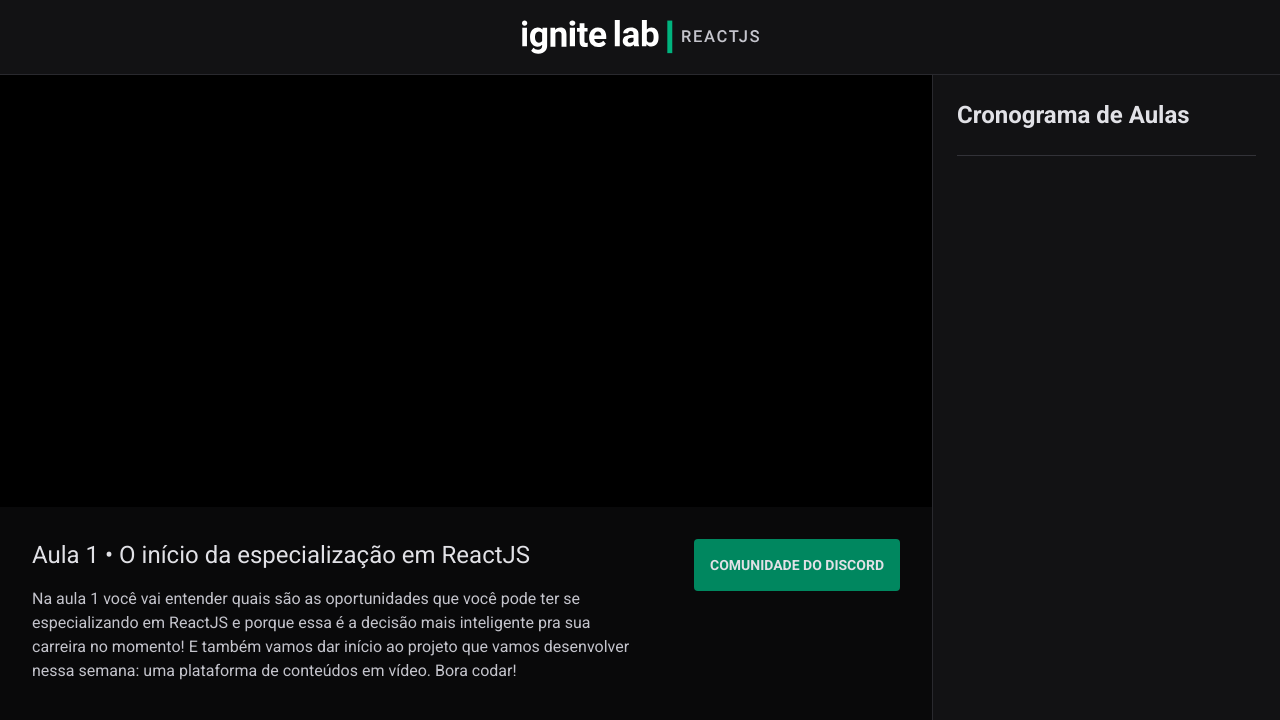
Repository: guilhermecardoso93/ignitelab
Page: /event
These files come from the project's save history. The page is drawn as it stood at one moment and after the next save; the edit follows.
The browser window is 1280 px wide. The pictures show the whole page.
The page's requests for data from a server got no answer. The project was rebuilt for these pictures with package versions that can differ from the ones it lists, and the page was loaded fresh each time. No one was signed in, and anything a server would have sent is missing. Also part of the build but not shown: vite.config.ts, src/components/Lesson/index.tsx.

Above is the page before, as saved 2022-06-23 20:21:39.

### index.html
<!DOCTYPE html>
<html lang="en">
  <head>
    <meta charset="UTF-8" />
    <link rel="icon" type="image/svg+xml" href="/src/favicon.svg" />
    <link rel="preconnect" href="https://fonts.googleapis.com" />
    <link rel="preconnect" href="https://fonts.gstatic.com" crossorigin />
    <link
      href="https://fonts.googleapis.com/css2?family=Roboto:wght@400;500;700&display=swap"
      rel="stylesheet"
    />
    <meta name="viewport" content="width=device-width, initial-scale=1.0" />
    <title>Ignite Lab</title>
  </head>
  <body>
    <div id="root"></div>
    <script type="module" src="/src/main.tsx"></script>
  </body>
</html>

### src/main.tsx
import { ApolloProvider } from "@apollo/client";
import React from "react";
import ReactDOM from "react-dom/client";
import { App } from "./App";
import { client } from "./lib/apollo";

import "./styles/global.css";

ReactDOM.createRoot(document.getElementById("root")!).render(
  <React.StrictMode>
    <ApolloProvider client={client}>
      <App />
    </ApolloProvider>
  </React.StrictMode>
);

### src/App.tsx
import { Event } from "./pages/Event";

export function App() {
  return (
    <div>
      <Event />
    </div>
  );
}

### src/lib/apollo.ts
import { ApolloClient, InMemoryCache } from "@apollo/client";

export const client = new ApolloClient({
  uri: "https://api-sa-east-1.graphcms.com/v2/cl4orc0220r0201xnfce43eoi/master",
  cache: new InMemoryCache()
});

### src/pages/Event.tsx
import { Header } from "../components/Header";
import { Sidebar } from "../components/Sidebar";
import { Video } from "../components/Video";

export function Event() {
  return (
    <div className="flex flex-col min-h-screen">
      <Header />
      <main className="flex flex-1">
        <Video />
        <Sidebar />
      </main>
    </div>
  );
}

### src/components/Header/index.tsx
import { Logo } from "../Logo";

export function Header() {
  return (
    <header className='w-full py-5 flex items-center justify-center bg-gray-700 border-b border-gray-600'>
      <Logo/>
    </header>
  );
}

### src/components/Sidebar/index.tsx
import { gql, useQuery } from "@apollo/client";
import { Lesson } from "../Lesson";

const GET_LESSONS_QUERY = gql`
  query {
    lessons(orderBy: availableAt_ASC, stage: PUBLISHED) {
      id
      lessonType
      availableAt
      title
      slug
    }
  }
`;

interface GetLessonsQueryResponse {
  lessons: {
    id: string;
    title: string;
    slug: string;
    availableAt: string;
    lessonType: "live" | "class";
  }[];
}

export function Sidebar() {
  const { data } = useQuery<GetLessonsQueryResponse>(GET_LESSONS_QUERY);

  return (
    <aside className="w-[348px] bg-gray-700 p-6 border-l border-gray-600">
      <span className="font-bold text-2xl pb-6 mb-6 border-b border-gray-500 block">
        Cronograma de Aulas
      </span>

      <div className="flex flex-col gap-8">
        { data?.lessons.map( lesson => {
          return (
            <Lesson
            key={lesson.id}
            title={lesson.title}
            slug={lesson.slug}
            availableAt={new Date(lesson.availableAt)}
            type={lesson.lessonType}
          />
          )
        })}
      </div>
    </aside>
  );
}

### src/components/Video/index.tsx
export function Video() {
  return (
    <div className='flex-1 '>
      <div className="bg-black flex justify-center">
        <div className="h-full w-full max-w-[1100px] max-h-[60vh] aspect-video"></div>
      </div>
      <div className="p-8 max-w-[1100px] mx-auto">
        <div className="flex items-start gap-16">
          <div className="flex-1">
              <h1 className="text-2xl fot-bold">
                Aula 1 • O início da especialização em ReactJS
              </h1>
              <p className="mt-4 text-gray-200">
              Na aula 1 você vai entender quais são as oportunidades que você pode ter se especializando em ReactJS e porque essa é a decisão mais inteligente pra sua carreira no momento! E também vamos dar início ao projeto que vamos desenvolver nessa semana: uma plataforma de conteúdos em vídeo. Bora codar!
              </p>
          </div>
          <div className="flex flex-col gap-4">
            <a href="http://" className="p-4 text-sm bg-green-500 flex items-center rounded font-bold uppercase gap-2 justify-center">
              comunidade do discord
            </a>
          </div>
        </div>
        <div>

        </div>
      </div>
    </div>

  );
}

### src/components/Logo/index.tsx
export function Logo() {
  return (
    <svg
      xmlns="http://www.w3.org/2000/svg"
      width="237"
      height="34"
      fill="none"
      viewBox="0 0 237 34"
    >
      <path
        fill="#fff"
        d="M.002 3.112a2.49 2.49 0 01.165-.987c.12-.314.304-.595.535-.83A2.906 2.906 0 012.615.572c.698 0 1.374.257 1.912.723.23.24.412.524.536.837a2.701 2.701 0 010 1.979 2.568 2.568 0 01-.536.837 2.889 2.889 0 01-1.907.723 2.901 2.901 0 01-1.908-.723 2.458 2.458 0 01-.538-.84 2.645 2.645 0 01-.172-.996zm4.96 23.146H.273V7.862h4.689v18.397zM8.012 16.973c0-2.853.686-5.145 2.055-6.883a6.653 6.653 0 015.528-2.606 5.869 5.869 0 014.802 2.09l.2-1.751h4.538v17.95a7.891 7.891 0 01-1.12 4.246 7.243 7.243 0 01-3.147 2.752 11.155 11.155 0 01-4.742.94c-1.378 0-2.74-.279-4.008-.812a7.08 7.08 0 01-2.946-2.11l2.208-3.02a5.905 5.905 0 004.543 2.08 4.356 4.356 0 003.104-1.059 3.938 3.938 0 001.103-2.993v-.994a5.775 5.775 0 01-4.555 1.935 6.647 6.647 0 01-3.05-.652 6.615 6.615 0 01-2.408-1.967c-1.397-1.752-2.085-4.089-2.085-6.942v-.21h-.025l.005.006zm4.997.355a6.723 6.723 0 001.026 3.956 3.233 3.233 0 002.799 1.443c.651.045 1.3-.088 1.878-.39a3.52 3.52 0 001.396-1.305v-7.825a3.448 3.448 0 00-1.374-1.305 3.504 3.504 0 00-1.86-.39 3.28 3.28 0 00-1.61.365 3.22 3.22 0 00-1.219 1.103c-.688.975-1.036 2.418-1.036 4.348zM33.098 7.833l.158 2.196a6.527 6.527 0 012.371-1.927 6.38 6.38 0 012.971-.62c1.97 0 3.438.597 4.39 1.79.953 1.194 1.456 2.936 1.486 5.293v12.249h-4.962V14.683a3.367 3.367 0 00-.684-2.344 3.086 3.086 0 00-1.069-.598 3.008 3.008 0 00-1.211-.13 3.349 3.349 0 00-1.821.454c-.553.32-1.01.794-1.313 1.367v13.37H28.45V7.845l4.647-.012zM47.512 3.112a2.304 2.304 0 01.185-.988 2.42 2.42 0 01.59-.831A3.439 3.439 0 0150.404.57c.772 0 1.52.256 2.117.723.508.486.792 1.142.792 1.826 0 .683-.284 1.34-.792 1.826a3.417 3.417 0 01-2.11.723c-.77 0-1.517-.257-2.11-.723a2.47 2.47 0 01-.594-.839 2.342 2.342 0 01-.19-.994h-.005zm5.483 23.149h-5.18V7.86h5.18v18.4zM62.454 3.334v4.612h3.107v3.677h-3.107v9.382c-.05.53.091 1.063.395 1.495a1.824 1.824 0 001.473.45c.476.002.95-.035 1.421-.114v3.803a9.672 9.672 0 01-2.939.449c-3.398 0-5.128-1.775-5.19-5.32V11.644h-2.642V7.968h2.643V3.356h4.841v-.025l-.002.003zM76.487 27.08a9.277 9.277 0 01-6.759-2.55c-1.74-1.699-2.605-3.957-2.605-6.797v-.494a11.295 11.295 0 011.098-5.08 8.141 8.141 0 013.111-3.465 8.72 8.72 0 014.59-1.22c2.577 0 4.62.815 6.098 2.449 1.478 1.633 2.226 3.94 2.226 6.929v2.055h-12.01a4.665 4.665 0 001.473 2.971 4.487 4.487 0 003.111 1.111 5.426 5.426 0 004.548-2.115l2.476 2.781a7.506 7.506 0 01-3.07 2.507 9.81 9.81 0 01-4.287.916v.002zm-.594-15.514a3.127 3.127 0 00-2.428 1.012 5.405 5.405 0 00-1.188 2.912h7.006v-.405a3.749 3.749 0 00-.908-2.608 3.252 3.252 0 00-2.45-.908h-.03l-.002-.003zM97.771 26.259h-4.957V0h4.957V26.26zM112.209 26.259c-.227-.444-.392-.997-.496-1.659-1.196 1.333-2.751 2.002-4.666 2.002-1.811 0-3.314-.523-4.504-1.572-1.191-1.049-1.786-2.372-1.786-3.966 0-1.96.725-3.464 2.179-4.513 1.453-1.049 3.553-1.58 6.3-1.59h2.273v-1.06c0-.854-.22-1.54-.659-2.051-.44-.513-1.131-.77-2.078-.77-.832 0-1.486.2-1.957.6-.474.4-.708.945-.708 1.64h-4.941c0-1.07.331-2.062.992-2.973.662-.91 1.597-1.626 2.804-2.144 1.206-.518 2.564-.778 4.069-.778 2.28 0 4.089.573 5.429 1.718 1.34 1.145 2.009 2.756 2.009 4.83v8.017c.012 1.754.256 3.082.735 3.983v.29h-4.992l-.003-.004zm-4.086-3.435c.728 0 1.402-.163 2.016-.486.614-.326 1.071-.76 1.367-1.308v-3.181h-1.846c-2.472 0-3.79.854-3.948 2.564l-.017.291c0 .614.217 1.123.649 1.523.434.4 1.026.6 1.779.6v-.003zM136.58 17.183c0 2.963-.632 5.273-1.898 6.931-1.265 1.659-3.032 2.488-5.3 2.488-2.006 0-3.608-.77-4.805-2.308l-.222 1.967h-4.444V.001h4.94v9.418c1.14-1.332 2.638-2 4.496-2 2.256 0 4.025.828 5.308 2.487 1.283 1.658 1.923 3.992 1.923 7v.274l.002.003zm-4.94-.358c0-1.868-.296-3.233-.889-4.094-.592-.861-1.475-1.29-2.65-1.29-1.572 0-2.655.643-3.247 1.932v7.299c.604 1.298 1.697 1.95 3.282 1.95 1.584 0 2.643-.788 3.146-2.36.239-.752.358-1.897.358-3.437z"
      ></path>
      <path
        fill="#C4C4CC"
        d="M164.51 17.501h-2.283v4.53h-2.048v-11.78h4.143c1.36 0 2.408.306 3.149.915.74.61 1.108 1.493 1.108 2.648 0 .787-.19 1.449-.57 1.98-.38.532-.911.94-1.59 1.226l2.646 4.906v.106h-2.194l-2.364-4.531h.003zm-2.283-1.65h2.105c.691 0 1.229-.176 1.619-.524.39-.348.582-.824.582-1.429 0-.604-.18-1.12-.538-1.466-.358-.345-.893-.523-1.606-.533h-2.162V15.85zM179.066 16.773h-4.839v3.625h5.656v1.634h-7.704V10.25h7.648v1.65h-5.6v3.253h4.839v1.62zM189.803 19.29h-4.565l-.955 2.744h-2.127l4.452-11.783h1.836l4.459 11.783h-2.137l-.963-2.744zm-3.99-1.65h3.415l-1.707-4.89-1.708 4.89zM204.716 18.197c-.119 1.256-.583 2.238-1.392 2.941-.81.703-1.885 1.056-3.228 1.056-.938 0-1.764-.222-2.48-.668-.715-.445-1.266-1.079-1.656-1.898-.387-.82-.589-1.772-.607-2.858v-1.1c0-1.11.198-2.09.59-2.937.392-.846.96-1.5 1.695-1.96.736-.458 1.587-.688 2.554-.688 1.301 0 2.347.353 3.139 1.057.792.703 1.254 1.7 1.385 2.99h-2.039c-.096-.846-.343-1.458-.74-1.833-.397-.375-.977-.563-1.745-.563-.89 0-1.574.326-2.05.977-.479.652-.721 1.605-.733 2.863v1.044c0 1.273.227 2.245.683 2.917.457.668 1.123 1.004 2.004 1.004.805 0 1.409-.18 1.814-.543.405-.363.661-.962.77-1.804h2.038l-.002.003zM216.481 11.902h-3.674v10.132h-2.031V11.902h-3.642V10.25h9.347v1.65zM222.759 10.251h2.039v8.262c0 1.127-.353 2.023-1.057 2.687-.703.664-1.633.995-2.788.995-1.229 0-2.179-.311-2.848-.93-.669-.62-1.004-1.484-1.004-2.59h2.038c0 .627.156 1.096.467 1.412.31.316.76.474 1.347.474.55 0 .989-.183 1.315-.545.326-.366.489-.867.489-1.51V10.25h.002zM234.952 18.999c0-.518-.183-.918-.545-1.197-.363-.279-1.022-.563-1.972-.849-.95-.286-1.705-.604-2.265-.955-1.074-.674-1.612-1.555-1.612-2.638 0-.95.388-1.732 1.163-2.347.774-.614 1.779-.922 3.015-.922.819 0 1.55.15 2.194.454a3.597 3.597 0 011.513 1.29c.367.558.55 1.177.55 1.858h-2.038c0-.614-.193-1.095-.578-1.443-.385-.348-.938-.524-1.656-.524-.668 0-1.189.144-1.557.43-.37.286-.555.686-.555 1.197 0 .432.2.792.6 1.08.399.29 1.056.57 1.974.842.918.271 1.653.582 2.208.93.556.348.963.748 1.222 1.197.259.452.387.977.387 1.582 0 .982-.375 1.762-1.127 2.342-.753.58-1.775.87-3.063.87a5.755 5.755 0 01-2.352-.473c-.715-.316-1.27-.75-1.668-1.308-.397-.555-.594-1.204-.594-1.942h2.048c0 .669.222 1.187.664 1.555.441.367 1.075.55 1.902.55.713 0 1.246-.143 1.607-.432.357-.288.538-.671.538-1.145l-.003-.002z"
      ></path>
      <path fill="#00B37E" d="M150.271 33.146h-4.958V.57h4.958v32.576z"></path>
    </svg>
  );
}

### tailwind.config.js
/** @type {import('tailwindcss').Config} */
module.exports = {
  content: ["./src/**/*.tsx"],
  theme: {
    extend: {
      fontFamily: {
        sans: "Roboto, sans-serif"
      },
      colors: {
        green: {
          300: "#00B37E",
          500: "#00875F",
          700: "#015F43"
        },
        blue: {
          500: "#81D8F7"
        },
        orange: {
          500: "#FBA94C"
        },
        red: {
          500: "#F75A68"
        },
        gray: {
          100: "#E1E1E6",
          200: "#C4C4CC",
          300: "#8D8D99",
          500: "#323238",
          600: "#29292E",
          700: "#121214",
          900: "#09090A"
        }
      }
    }
  },
  plugins: []
};

Loaded but not shown: src/styles/global.css (common file)

After the next save:
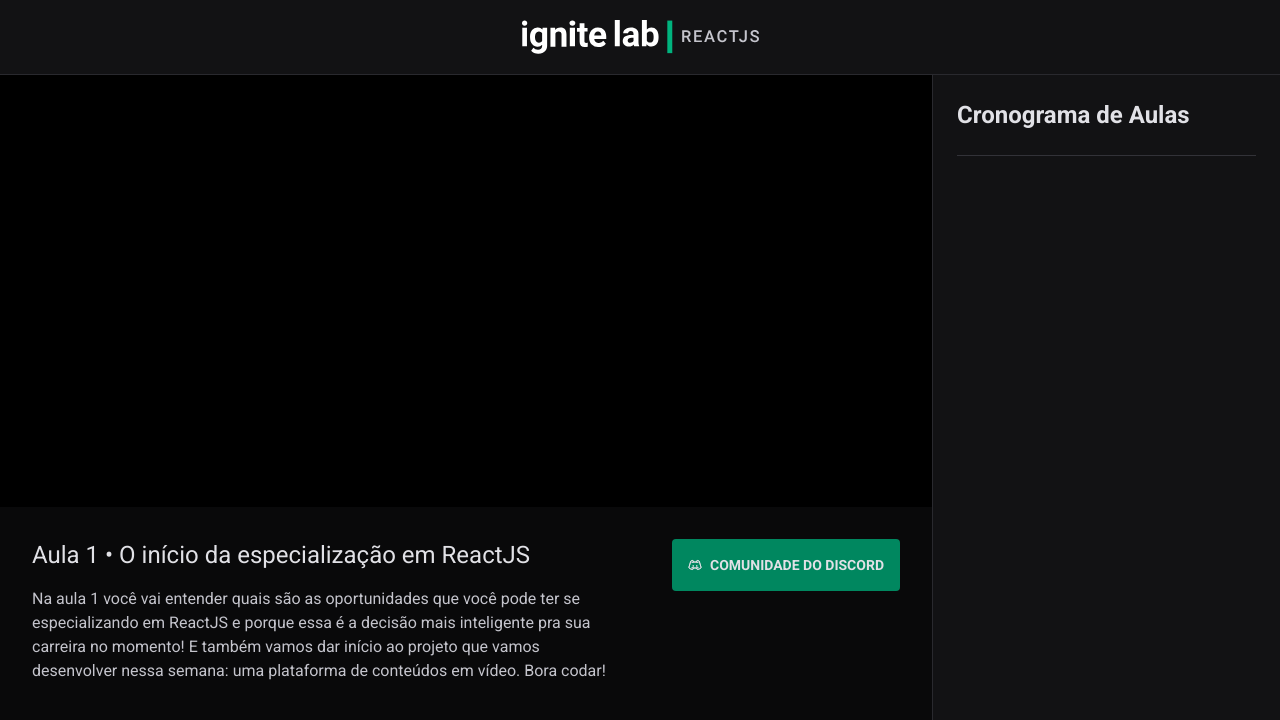
Saved 16 s later.
--- a/src/components/Video/index.tsx
+++ b/src/components/Video/index.tsx
@@ -1,3 +1,5 @@
+import { DiscordLogo } from "phosphor-react";
+
 export function Video() {
   return (
     <div className='flex-1 '>
@@ -16,6 +18,7 @@
           </div>
           <div className="flex flex-col gap-4">
             <a href="http://" className="p-4 text-sm bg-green-500 flex items-center rounded font-bold uppercase gap-2 justify-center">
+              <DiscordLogo/>
               comunidade do discord
             </a>
           </div>
